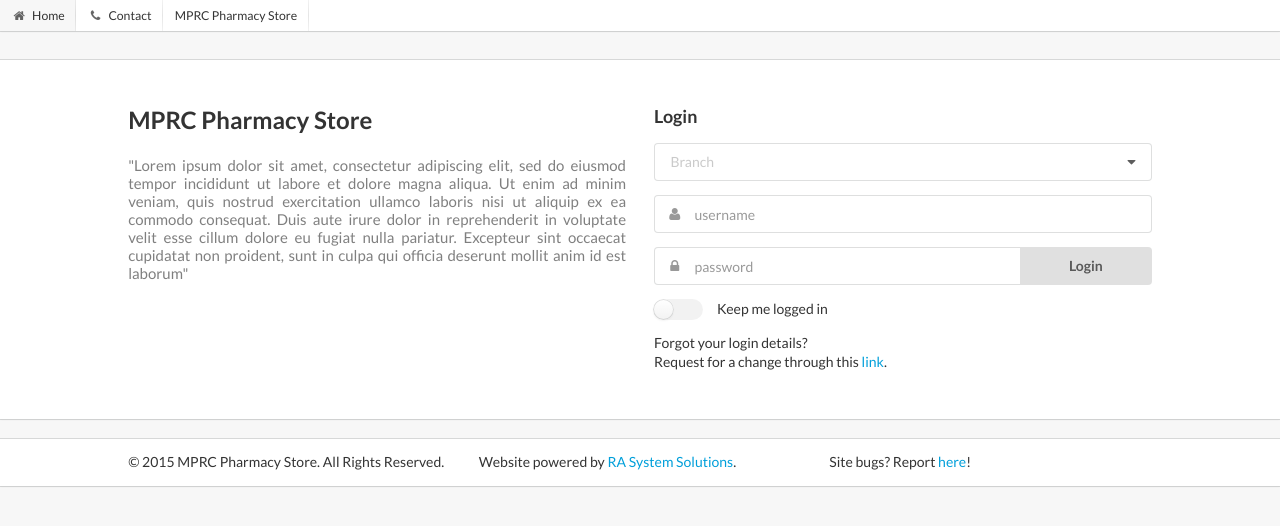
Repository: thdrwngkd/oims
Page: public/index.html
The author's editor kept a record of every edit. The page is drawn from the files as they stood at one moment, then again after the next edit.
The browser window is 1280 px wide. The pictures show the whole page.

Above is the page before.

After the next edit:
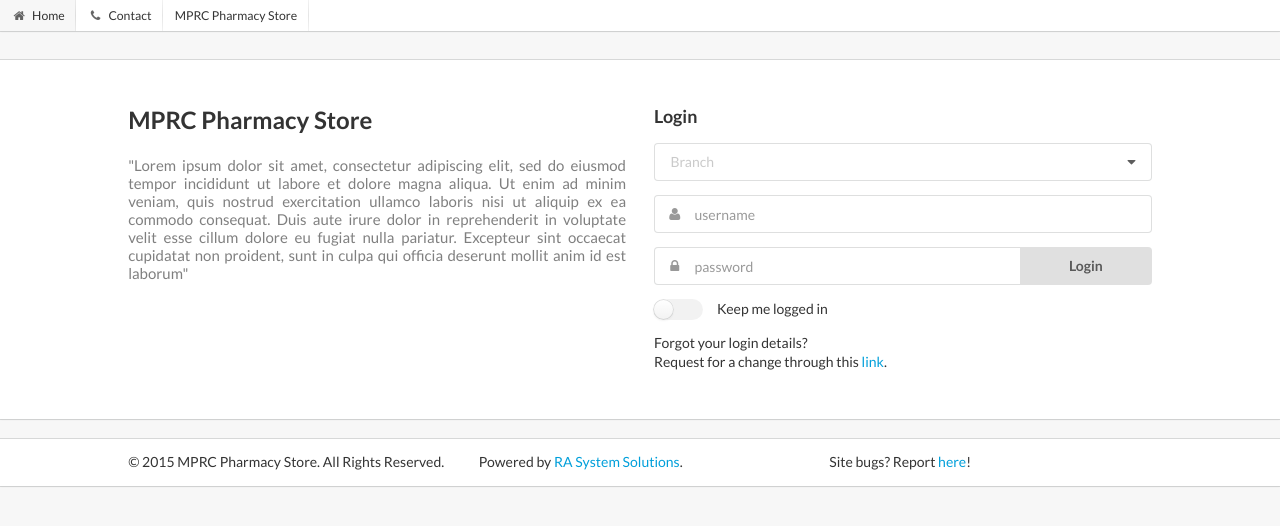
The edit:
--- a/public/index.html
+++ b/public/index.html
@@ -95,7 +95,7 @@
             <p>© 2015 MPRC Pharmacy Store. All Rights Reserved.</p>
           </div>
           <div class="column">
-            <p>Website powered by <a href="">RA System Solutions</a>.</p>
+            <p>Powered by <a href="">RA System Solutions</a>.</p>
           </div>
           <div class="column">
             <p>Site bugs? Report <a href="">here</a>!</p>
